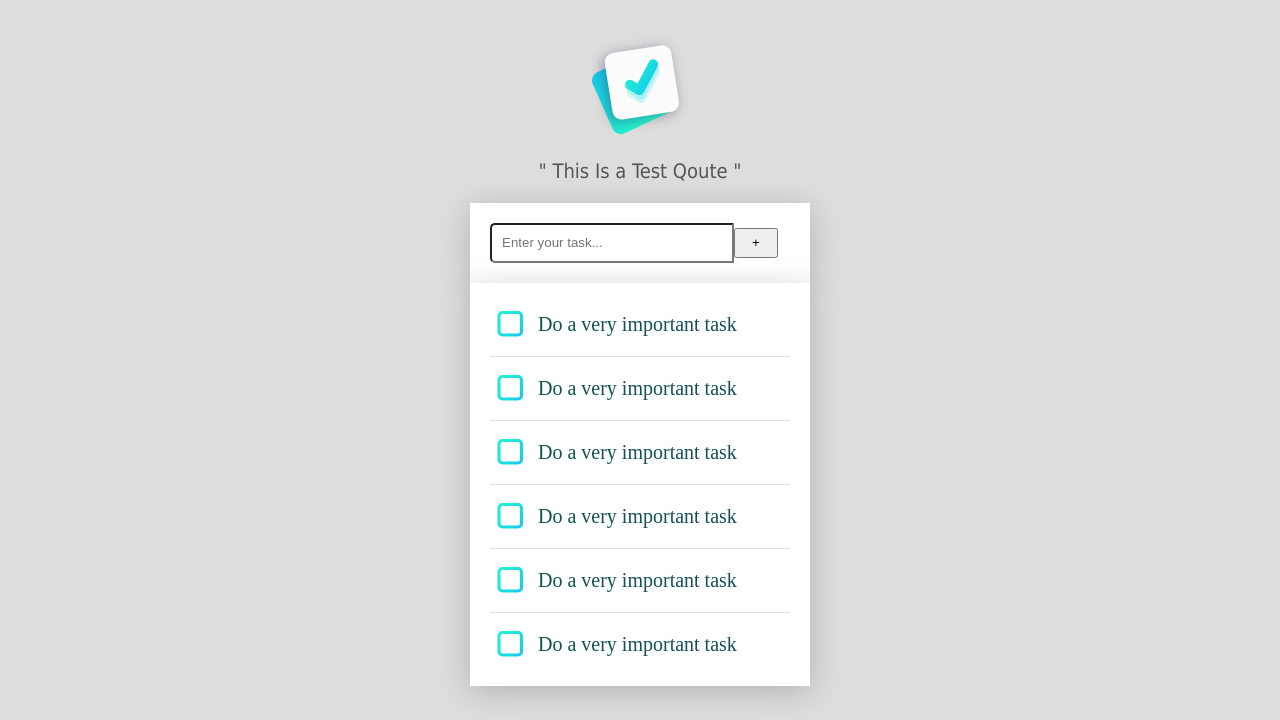
Repository: ahmedhamed15/React-Todo
Page: /
These files come from the project's save history. The page is drawn as it stood at one moment and after the next save; the edit follows.
The browser window is 1280 px wide. The pictures show the whole page.
The project was rebuilt for these pictures with package versions that can differ from the ones it lists, and the page was loaded fresh each time.

Above is the page before, as saved 2021-07-26 14:55:27.

### src/index.js
import React from 'react';
import ReactDOM from 'react-dom';
import './index.scss';
import App from './App';

ReactDOM.render(<App />,document.getElementById('root'));

### src/App.js
import MainLogo from "./components/MainLogo";
import Qoute from "./components/Qoute";
import TodoList from "./components/Todos/TodoList";

function App() {
  return (
    <section className="App">
      <MainLogo />
      <Qoute />
      <TodoList />
    </section>
  );
}

export default App;

### src/components/MainLogo/index.js
import "./style.scss"

const index = () => {
    return (
        <section className="main-logo">
            <svg width="100px" height="100px" viewBox="0 0 100 100" version="1.1" xmlns="http://www.w3.org/2000/svg" xmlnsXlink="http://www.w3.org/1999/xlink">
                <desc>Created with Sketch.</desc>
                <defs>
                <linearGradient x1="34.9523037%" y1="0%" x2="116.039609%" y2="115.484477%" id="linearGradient-1">
                    <stop stop-color="#27FDC7" offset="0%"></stop>
                    <stop stop-color="#0FC0F5" offset="100%"></stop>
                </linearGradient>
                <rect id="path-2" x="19.8783454" y="5.46149939" width="67.2578578" height="67.2008596" rx="8.99999976"></rect>
                <filter x="-35.7%" y="-28.3%" width="162.4%" height="162.5%" filterUnits="objectBoundingBox" id="filter-3">
                    <feOffset dx="-3" dy="2" in="SourceAlpha" result="shadowOffsetOuter1"></feOffset>
                    <feGaussianBlur stdDeviation="6.5" in="shadowOffsetOuter1" result="shadowBlurOuter1"></feGaussianBlur>
                    <feColorMatrix values="0 0 0 0 0.0296505968   0 0 0 0 0.0172602666   0 0 0 0 0.100446429  0 0 0 0.423177083 0" type="matrix" in="shadowBlurOuter1"></feColorMatrix>
                </filter>
                <linearGradient x1="0%" y1="0%" x2="115.291753%" y2="112.548614%" id="linearGradient-4">
                    <stop stop-color="#27FDC7" offset="0%"></stop>
                    <stop stop-color="#0FC0F5" offset="83.2001616%"></stop>
                    <stop stop-color="#27FDC7" offset="100%"></stop>
                </linearGradient>
                <path d="M40.2086259,6.21042694 C39.2480415,5.24152695 38.1027468,4.75708888 36.7727039,4.75708888 C35.4426658,4.75708888 34.3096854,5.24152695 33.3737297,6.21042694 L16.3049725,23.7622477 L12.0193093,19.3649757 C11.0833536,18.3960804 9.9503732,17.9116376 8.62033507,17.9116376 C7.29029269,17.9116376 6.14499751,18.3960804 5.1844131,19.3649757 C4.24845898,20.3338709 3.78048896,21.5077058 3.78048896,22.8865186 C3.78048896,24.2653314 4.24845898,25.4391663 5.1844131,26.4080615 L12.8690505,34.3082476 C13.8296349,35.2771428 14.9749296,35.7615833 16.3049725,35.7615833 C17.6350106,35.7615833 18.767991,35.2771428 19.7039467,34.3082476 L40.2086259,13.2535128 C41.1445816,12.2597758 41.61255,11.0797257 41.61255,9.71333379 C41.61255,8.34694665 41.1445816,7.17932216 40.2086259,6.21042694 Z" id="path-5"></path>
                <filter x="-51.5%" y="-62.9%" width="203.1%" height="225.8%" filterUnits="objectBoundingBox" id="filter-6">
                    <feOffset dx="0" dy="0" in="SourceAlpha" result="shadowOffsetOuter1"></feOffset>
                    <feGaussianBlur stdDeviation="6.5" in="shadowOffsetOuter1" result="shadowBlurOuter1"></feGaussianBlur>
                    <feColorMatrix values="0 0 0 0 1   0 0 0 0 1   0 0 0 0 1  0 0 0 0.588937953 0" type="matrix" in="shadowBlurOuter1"></feColorMatrix>
                </filter>
                </defs>
                <g id="Page-1" stroke="none" stroke-width="1" fill="none" fill-rule="evenodd">
                <g id="Artboard-2" transform="translate(-214.000000, -272.000000)">
                    <g id="Group-4" transform="translate(201.000000, 269.000000)">
                        <g id="Group-3" transform="translate(58.787474, 58.534712) rotate(-6.000000) translate(-58.787474, -58.534712) translate(5.642436, 5.434712)">
                            <g id="Group-2" transform="translate(52.899385, 53.035097) rotate(7.000000) translate(-52.899385, -53.035097) translate(5.609309, 5.785097)">
                            <path d="M20.0219734,15.1240886 L74.1829282,14.1930575 C79.1527566,14.1076258 83.2508546,18.0672116 83.3362864,23.03704 C83.3371726,23.0885978 83.3376158,23.1401624 83.3376158,23.1917278 L83.3376158,72.0429044 C83.3376158,76.9531616 79.4018358,80.9571794 74.4923039,81.0415747 L20.3313491,81.9726057 C15.3615207,82.0580374 11.2634227,78.0984516 11.1779909,73.1286232 C11.1771047,73.0770654 11.1766615,73.0255009 11.1766615,72.9739354 L11.1766615,24.1227589 C11.1766615,19.2125016 15.1124415,15.2084838 20.0219734,15.1240886 Z" id="Rectangle" fill="url(#linearGradient-1)" transform="translate(47.257139, 48.082832) scale(-1, -1) rotate(-25.000000) translate(-47.257139, -48.082832) "></path>
                            <g id="Rectangle" transform="translate(53.507274, 39.061929) rotate(-10.000000) translate(-53.507274, -39.061929) ">
                                <use fill="black" fill-opacity="1" filter="url(#filter-3)" xlinkHref="#path-2"></use>
                                <use fill="#FBFBFB" fill-rule="evenodd" xlinkHref="#path-2"></use>
                            </g>
                            </g>
                        </g>
                        <g id="Group-5" transform="translate(43.000000, 26.000000)">
                            <path d="M41.1093892,10.5623533 C40.1488048,9.59345333 39.0035101,9.10901526 37.6734673,9.10901526 C36.3434291,9.10901526 35.2104488,9.59345333 34.274493,10.5623533 L17.2057358,28.1141741 L12.9200727,23.716902 C11.9841169,22.7480068 10.8511366,22.263564 9.52109843,22.263564 C8.19105605,22.263564 7.04576086,22.7480068 6.08517646,23.716902 C5.14922234,24.6857973 4.68125232,25.8596322 4.68125232,27.238445 C4.68125232,28.6172578 5.14922234,29.7910927 6.08517646,30.7599879 L13.7698139,38.660174 C14.7303983,39.6290692 15.875693,40.1135096 17.2057358,40.1135096 C18.535774,40.1135096 19.6687543,39.6290692 20.6047101,38.660174 L41.1093892,17.6054392 C42.045345,16.6117022 42.5133134,15.4316521 42.5133134,14.0652602 C42.5133134,12.698873 42.045345,11.5312485 41.1093892,10.5623533 Z" id="Page-1" fill="url(#linearGradient-4)" opacity="0.3" transform="translate(23.597283, 24.611262) rotate(-16.000000) translate(-23.597283, -24.611262) "></path>
                            <path d="M42.0101526,14.2623533 C41.0495682,13.2934533 39.9042735,12.8090153 38.5742306,12.8090153 C37.2441925,12.8090153 36.1112121,13.2934533 35.1752564,14.2623533 L18.1064992,31.8141741 L13.820836,27.416902 C12.8848803,26.4480068 11.7518999,25.963564 10.4218618,25.963564 C9.09181941,25.963564 7.94652422,26.4480068 6.98593982,27.416902 C6.78271177,27.6272827 6.60154798,27.8473258 6.4424483,28.0770317 C5.8688243,28.9052219 5.58201568,29.8590202 5.58201568,30.938445 C5.58201568,32.3172578 6.04998569,33.4910927 6.98593982,34.4599879 L14.6705772,42.360174 C15.6311616,43.3290692 16.7764563,43.8135096 18.1064992,43.8135096 C19.4365373,43.8135096 20.5695177,43.3290692 21.5054734,42.360174 L42.0101526,21.3054392 C42.9461083,20.3117022 43.4140767,19.1316521 43.4140767,17.7652602 C43.4140767,16.398873 42.9461083,15.2312485 42.0101526,14.2623533 Z" id="Page-1" fill="url(#linearGradient-4)" opacity="0.2" transform="translate(24.498046, 28.311262) rotate(-16.000000) translate(-24.498046, -28.311262) "></path>
                            <g id="Page-1" transform="translate(22.696519, 20.259336) rotate(-16.000000) translate(-22.696519, -20.259336) ">
                            <use fill="black" fill-opacity="1" filter="url(#filter-6)" xlinkHref="#path-5"></use>
                            <use fill="url(#linearGradient-4)" fill-rule="evenodd" xlinkHref="#path-5"></use>
                            </g>
                        </g>
                    </g>
                </g>
                </g>
            </svg>
        </section>
    )
}

export default index

### src/components/Qoute/index.js
import "./style.scss"

const index = () => {
    return (
        <section className="qoute">
            <blockquote> This Is a Test Qoute </blockquote>
        </section>
    )
}

export default index

### src/components/Todos/TodoList/index.js
import TodoItem from "../TodoItem";
import TodoFrom from "../TodoForm";
import "./style.scss"

const index = () => {
    return (
        <section className="todos-list">

            {/* General SVG code for checkbox */}
            <svg viewBox="0 0 0 0" style={ {position: 'absolute', zIndex: '-1', opacity: '0'} }>
                <defs>
                <linearGradient id="boxGradient" gradientUnits="userSpaceOnUse" x1="0" y1="0" x2="25" y2="25">
                    <stop offset="0%"   stop-color="#27FDC7"/>
                    <stop offset="100%" stop-color="#0FC0F5"/>
                </linearGradient>

                <linearGradient id="lineGradient">
                    <stop offset="0%"    stop-color="#0FC0F5"/>
                    <stop offset="100%"  stop-color="#27FDC7"/>
                </linearGradient>

                <path id="todo__line" stroke="url(#lineGradient)" d="M21 12.3h168v0.1z"></path>
                <path id="todo__box" stroke="url(#boxGradient)" d="M21 12.7v5c0 1.3-1 2.3-2.3 2.3H8.3C7 20 6 19 6 17.7V7.3C6 6 7 5 8.3 5h10.4C20 5 21 6 21 7.3v5.4"></path>
                <path id="todo__check" stroke="url(#boxGradient)" d="M10 13l2 2 5-5"></path>
                <circle id="todo__circle" cx="13.5" cy="12.5" r="10"></circle>
                </defs>
            </svg>


            {/* Todo From */}
            <TodoFrom />

            {/* Todos List */}
            <div className="todo-list">
                <TodoItem />
                <TodoItem />
                <TodoItem />
                <TodoItem />
                <TodoItem />
                <TodoItem />
            </div>

        </section>
    )
}

export default index

### src/components/MainLogo/style.scss
.main-logo {
    text-align: center;
}

### src/components/Qoute/style.scss
.qoute {
    text-align: center;
    blockquote {
        font: {
            size: 20px;
            family: 'tahoma', arial;
            weight: 500;
        }
        color: #555;
        &::after,
        &::before {
            content: ' " ';
        }
    }
}

### src/components/Todos/TodoItem/index.js
import "./style.scss"

const index = () => {
    return (
        <label className="todo">
            <input className="todo__state" type="checkbox" />

            <svg xmlns="http://www.w3.org/2000/svg" xmlnsXlink="http://www.w3.org/1999/xlink" viewBox="0 0 200 25" className="todo__icon">
                <use xlinkHref="#todo__line" className="todo__line"></use>
                <use xlinkHref="#todo__box" className="todo__box"></use>
                <use xlinkHref="#todo__check" className="todo__check"></use>
                <use xlinkHref="#todo__circle" className="todo__circle"></use>
            </svg>

            <div className="todo__text">Do a very important task</div>

        </label>
    )
}

export default index

### src/components/Todos/TodoForm/index.js
import "./style.scss";

const index = () => {
    return (
        <form className="todo-form">
            <input type="text" className="todo-form__input-type" placeholder="Enter your task..." />
            <button type="submit" className="todo-form__button-type"> + </button>
        </form>
    )
}

export default index

### src/components/Todos/TodoList/style.scss
.todo-list {
    background: #FFF;
    font-size: 20px;
    max-width: 15em;
    margin: auto;
    padding: 0.5em 1em;
    box-shadow: 0 5px 30px rgba(0, 0, 0, 0.2);
}

### src/components/Todos/TodoItem/style.scss
  .todo {
    display: block;
    position: relative;
    padding: 1em 1em 1em 16%;
    margin: 0 auto;
    cursor: pointer;
    border-bottom: solid 1px #ddd;
  }
  .todo:last-child {
    border-bottom: none;
  }
  .todo__state {
    position: absolute;
    top: 0;
    left: 0;
    opacity: 0;
  }
  .todo__text {
    color: #135156;
    transition: all 0.4s linear 0.4s;
  }
  .todo__icon {
    position: absolute;
    top: 0;
    bottom: 0;
    left: 0;
    width: 100%;
    height: auto;
    margin: auto;
    fill: none;
    stroke: #27FDC7;
    stroke-width: 2;
    stroke-linejoin: round;
    stroke-linecap: round;
  }
  .todo__line,
  .todo__box,
  .todo__check {
    transition: stroke-dashoffset 0.8s cubic-bezier(0.9, 0, 0.5, 1);
  }
  .todo__circle {
    stroke: #27FDC7;
    stroke-dasharray: 1 6;
    stroke-width: 0;
    transform-origin: 13.5px 12.5px;
    transform: scale(0.4) rotate(0deg);
    -webkit-animation: none 0.8s linear;
            animation: none 0.8s linear;
  }
  @-webkit-keyframes explode {
    30% {
      stroke-width: 3;
      stroke-opacity: 1;
      transform: scale(0.8) rotate(40deg);
    }
    100% {
      stroke-width: 0;
      stroke-opacity: 0;
      transform: scale(1.1) rotate(60deg);
    }
  }
  @keyframes explode {
    30% {
      stroke-width: 3;
      stroke-opacity: 1;
      transform: scale(0.8) rotate(40deg);
    }
    100% {
      stroke-width: 0;
      stroke-opacity: 0;
      transform: scale(1.1) rotate(60deg);
    }
  }
  .todo__box {
    stroke-dasharray: 56.1053, 56.1053;
    stroke-dashoffset: 0;
    transition-delay: 0.16s;
  }
  .todo__check {
    stroke: #27FDC7;
    stroke-dasharray: 9.8995, 9.8995;
    stroke-dashoffset: 9.8995;
    transition-duration: 0.32s;
  }
  .todo__line {
    stroke-dasharray: 168, 1684;
    stroke-dashoffset: 168;
  }
  .todo__circle {
    -webkit-animation-delay: 0.56s;
            animation-delay: 0.56s;
    -webkit-animation-duration: 0.56s;
            animation-duration: 0.56s;
  }
  .todo__state:checked ~ .todo__text {
    transition-delay: 0s;
    color: #5EBEC1;
    opacity: 0.6;
  }
  .todo__state:checked ~ .todo__icon .todo__box {
    stroke-dashoffset: 56.1053;
    transition-delay: 0s;
  }
  .todo__state:checked ~ .todo__icon .todo__line {
    stroke-dashoffset: -8;
  }
  .todo__state:checked ~ .todo__icon .todo__check {
    stroke-dashoffset: 0;
    transition-delay: 0.48s;
  }
  .todo__state:checked ~ .todo__icon .todo__circle {
    -webkit-animation-name: explode;
            animation-name: explode;
  }
  html {
    background: #ddd;
  }
  html {
    height: 100%;
    display: flex;
  }
  body {
    width: 100%;
    margin: auto;
  }

### src/components/Todos/TodoForm/style.scss
.todo-form {
    background: #FFF;
    font-size: 20px;
    max-width: 15em;
    margin: auto;
    padding: 1em;
    box-shadow: 0 5px 30px rgba(0, 0, 0, 0.2);
    .todo-form__input-type,
    .todo-form__button-type {
        height: 30px;
    }
    .todo-form__input-type {
        width: calc(80% - 20px);
        padding: 3px 10px;
        border-radius: 5px 0 0 5px;
        border-color:   linear-gradient(to right, red , yellow);
    }
    .todo-form__button-type {
        width: calc(20% - 1rem)
    }
}

Loaded but not shown: public/index.html (common file); src/index.scss (common file)

After the next save:
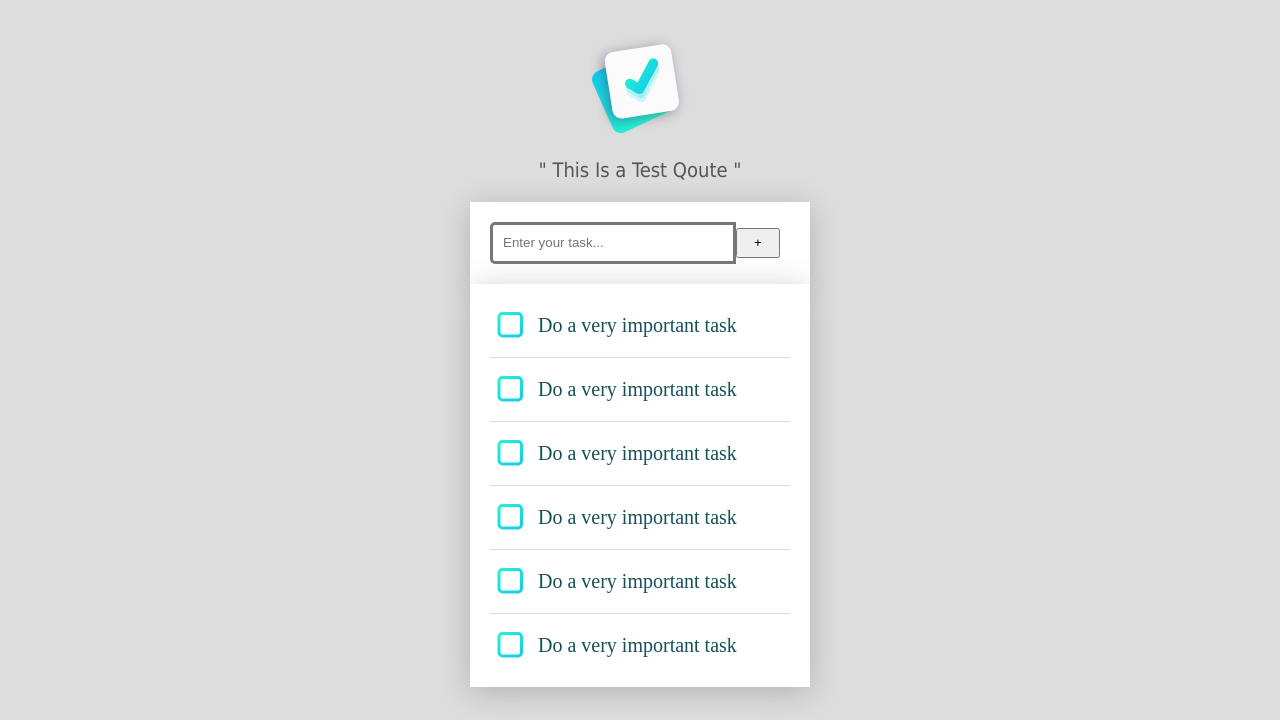
Saved 25 s later.
--- a/src/components/Todos/TodoForm/style.scss
+++ b/src/components/Todos/TodoForm/style.scss
@@ -13,6 +13,8 @@
         width: calc(80% - 20px);
         padding: 3px 10px;
         border-radius: 5px 0 0 5px;
+        border-width: 3px;
+        border-style: solid;
         border-color:   linear-gradient(to right, red , yellow);
     }
     .todo-form__button-type {
